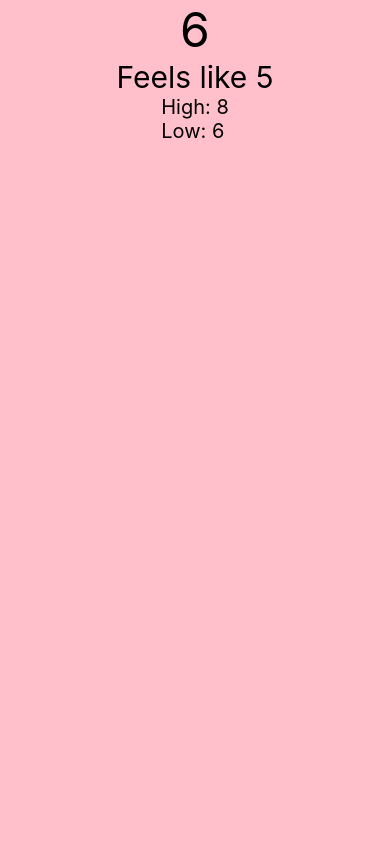
Repository: akinmiday/fcc
Screen: / (app in WeatherApp/)
These files come from the project's save history. The screen is drawn as it stood at one moment and after the next save; the edit follows.
The app was drawn by React Native's web renderer in a window 390 px wide. The project was rebuilt for these pictures with package versions that can differ from the ones it lists, and the page was loaded fresh each time.

Above is the screen before, as saved 2023-07-18 07:13:46.

### WeatherApp/App.js
import React from "react";
import { View, Text, SafeAreaView, StyleSheet } from "react-native";

const App = () =>{
  return(
   <SafeAreaView style={styles.wrapper} >
     <View style={styles.container} >
      <Text style={styles.temp} >6</Text>
      <Text style={styles.feels} >Feels like 5</Text>
      <View style={styles.highLowWrapper} >
      <Text style={styles.highLow} >High: 8</Text>
      <Text style={styles.highLow} >Low: 6</Text>
      </View>
    </View>
   </SafeAreaView>
  )
}

const styles= StyleSheet.create({
  wrapper:{
    flex:1
  },
  container:{
    backgroundColor: 'pink',
    flex:1,
    alignItems: 'center'
  },
  temp:{
    color:'black',
    fontSize:48
  },
  feels:{
    fontSize: 30,
    color:'black'
  },
  highLow:{
    color:'black',
    fontSize: 20
  },
  highLowWrapper:{

  }
})

export default App

After the next save:
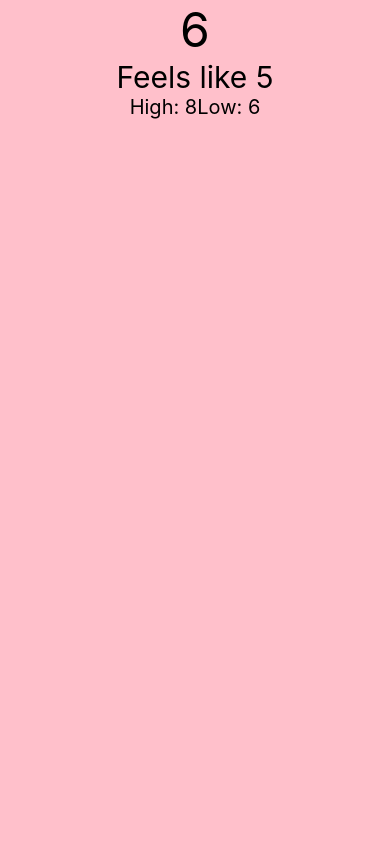
Saved 18 s later.
--- a/WeatherApp/App.js
+++ b/WeatherApp/App.js
@@ -38,7 +38,7 @@ const styles= StyleSheet.create({
     fontSize: 20
   },
   highLowWrapper:{
-
+    flexDirection: 'row'
   }
 })
 
